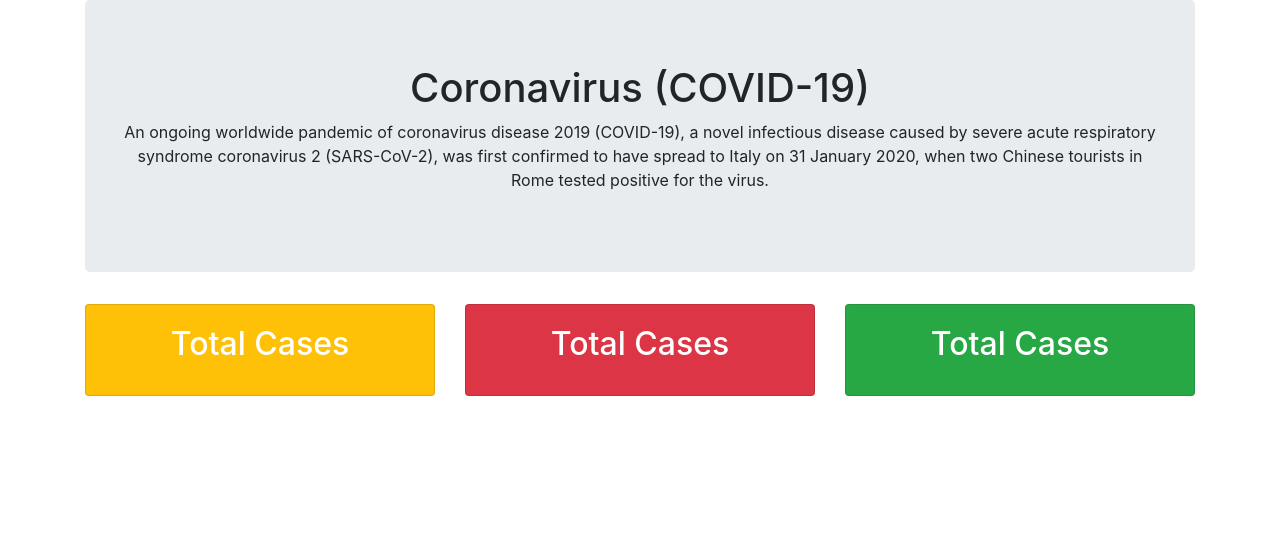
Repository: ahmadsaadkhan/react-covid-app
Page: /
The author's editor kept a copy of each file at every save. The page is drawn from the files as they stood at one save, then again after the next save.
The browser window is 1280 px wide. The pictures show the whole page.
The page's requests for data from a server got no answer. The project was rebuilt for these pictures with package versions that can differ from the ones it lists, and the page was loaded fresh each time. No one was signed in, and anything a server would have sent is missing.

Above is the page before, as saved 2021-04-19 15:57:07.

### public/index.html
<!DOCTYPE html>
<html lang="en">

<head>
    <meta charset="utf-8" />
    <link rel="icon" href="%PUBLIC_URL%/favicon.ico" />
    <meta name="viewport" content="width=device-width, initial-scale=1" />
    <meta name="theme-color" content="#000000" />
    <meta name="description" content="Web site created using create-react-app" />
    <link rel="apple-touch-icon" href="%PUBLIC_URL%/logo192.png" />
    <!--
      manifest.json provides metadata used when your web app is installed on a
      user's mobile device or desktop. See https://developers.google.com/web/fundamentals/web-app-manifest/
    -->
    <link rel="manifest" href="%PUBLIC_URL%/manifest.json" />
    <link rel="stylesheet" href="https://cdn.jsdelivr.net/npm/bootstrap@4.6.0/dist/css/bootstrap.min.css" integrity="sha384-B0vP5xmATw1+K9KRQjQERJvTumQW0nPEzvF6L/Z6nronJ3oUOFUFpCjEUQouq2+l" crossorigin="anonymous" />
    <!--
      Notice the use of %PUBLIC_URL% in the tags above.
      It will be replaced with the URL of the `public` folder during the build.
      Only files inside the `public` folder can be referenced from the HTML.

      Unlike "/favicon.ico" or "favicon.ico", "%PUBLIC_URL%/favicon.ico" will
      work correctly both with client-side routing and a non-root public URL.
      Learn how to configure a non-root public URL by running `npm run build`.
    -->
    <title>React App</title>
</head>

<body>
    <noscript>You need to enable JavaScript to run this app.</noscript>
    <div id="root"></div>
    <!--
      This HTML file is a template.
      If you open it directly in the browser, you will see an empty page.

      You can add webfonts, meta tags, or analytics to this file.
      The build step will place the bundled scripts into the <body> tag.

      To begin the development, run `npm start` or `yarn start`.
      To create a production bundle, use `npm run build` or `yarn build`.
    -->
</body>

</html>

### src/App.js
import './App.css';
import { useState } from 'react';
import { useEffect } from 'react';

function App() {

  const [Covid_Data, setCovid_Data] = useState(null);

  const getData = () => {
    fetch("https://vaccovid-coronavirus-vaccine-and-treatment-tracker.p.rapidapi.com/api/npm-covid-data/world", {
      "method": "GET",
      "headers": {
        "x-rapidapi-key": "3d33dc1e13mshc5f97558480723fp15e23bjsnc1db1b7183da",
        "x-rapidapi-host": "vaccovid-coronavirus-vaccine-and-treatment-tracker.p.rapidapi.com"
      }
    })
      .then(response => {
        return response.json();
      })
      .then(data => {
        console.log(data);
        setCovid_Data(data);
      })
      .catch(err => {
        console.error(err);
      });


  }

  useEffect(() => {
    getData()
  }, [])

  return (
    <div className="App">
      <div className="container">

        <div className="jumbotron text-center">
          <h1>Coronavirus (COVID-19)</h1>
          <p>An ongoing worldwide pandemic of coronavirus disease 2019 (COVID-19), a novel infectious disease caused by severe acute respiratory syndrome coronavirus 2 (SARS-CoV-2), was first confirmed to have spread to Italy on 31 January 2020, when two Chinese tourists in Rome tested positive for the virus.</p>
        </div>
        <div className="row">
          <div className="col-md-4">
            <div className="card text-white bg-warning mb-3">
              <div className="card-body">
                <h2 className="card-title"> Total Cases</h2>
                <p className="card-text h3">{Covid_Data && Covid_Data[0].TotalCases}</p>
              </div>
            </div>
          </div>
          <div className="col-md-4">
            <div className="card text-white bg-danger mb-3">
              <div className="card-body">
                <h2 className="card-title"> Total Cases</h2>
                <p className="card-text h3">{Covid_Data && Covid_Data[0].TotalDeaths}</p>
              </div>
            </div>
          </div>
          <div className="col-md-4">
            <div className="card text-white bg-success mb-3">
              <div className="card-body">
                <h2 className="card-title"> Total Cases</h2>
                <p className="card-text h3">{Covid_Data && Covid_Data[0].TotalRecovered}</p>
              </div>
            </div>
          </div>
        </div>

      </div>
    </div>
  );
}

export default App;

Loaded but not shown: src/index.js (common file); src/index.css (common file); src/App.css (common file)

After the next save:
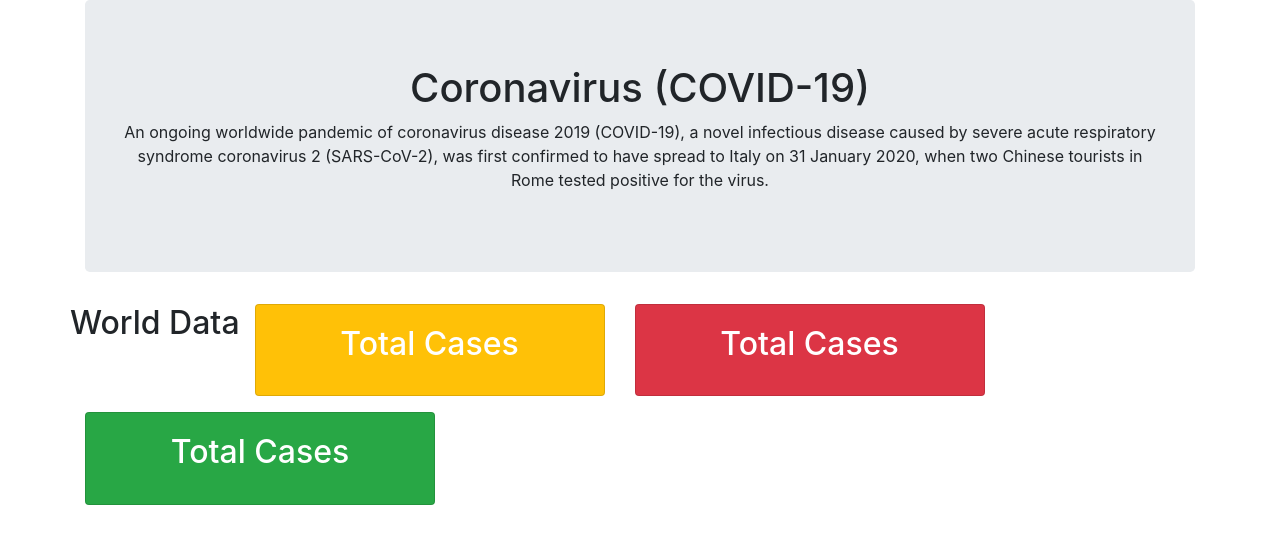
Saved 22 s later.
--- a/src/App.js
+++ b/src/App.js
@@ -41,6 +41,7 @@ function App() {
           <p>An ongoing worldwide pandemic of coronavirus disease 2019 (COVID-19), a novel infectious disease caused by severe acute respiratory syndrome coronavirus 2 (SARS-CoV-2), was first confirmed to have spread to Italy on 31 January 2020, when two Chinese tourists in Rome tested positive for the virus.</p>
         </div>
         <div className="row">
+          <h2>World Data</h2>
           <div className="col-md-4">
             <div className="card text-white bg-warning mb-3">
               <div className="card-body">
